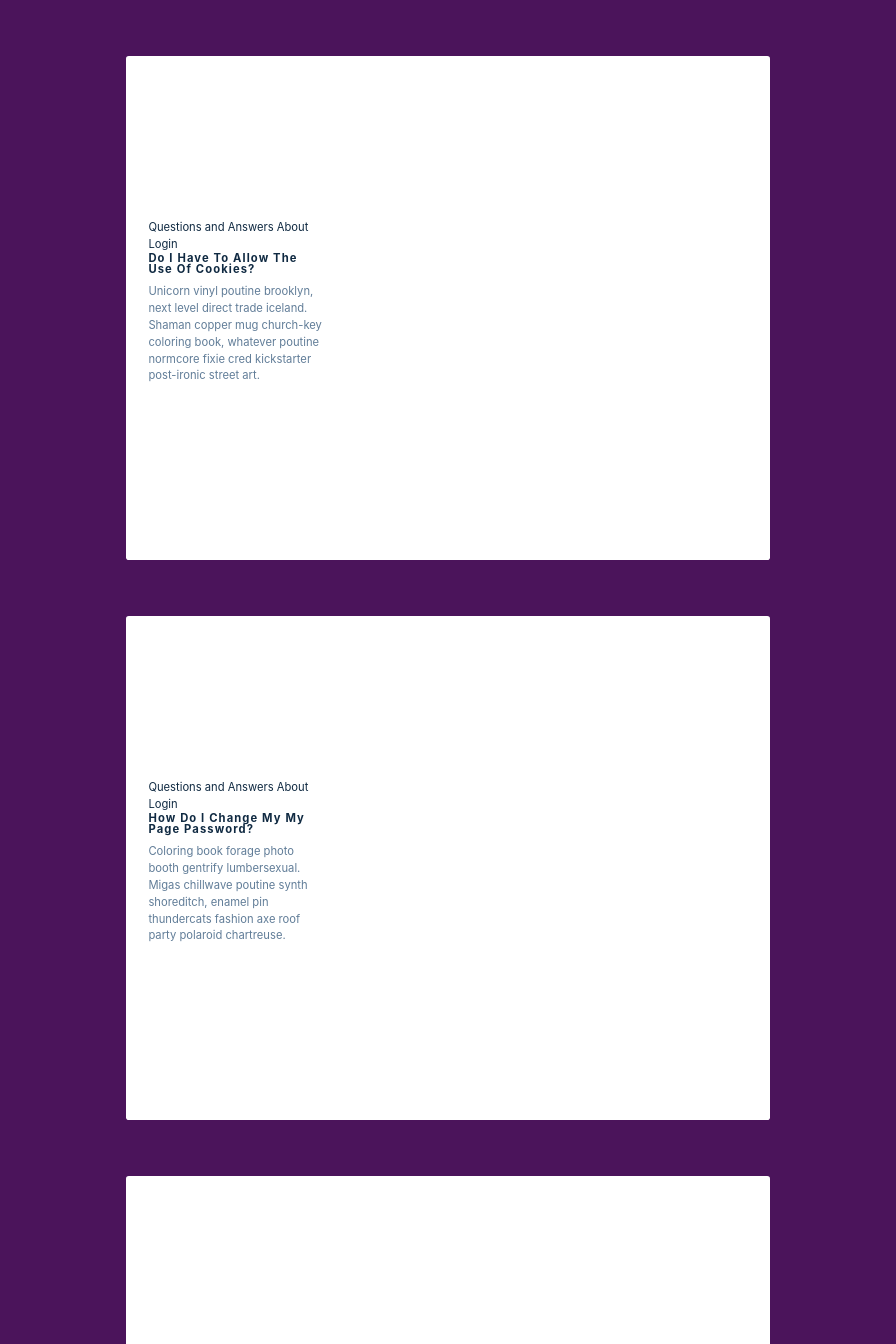
Repository: Reghanoid/Accordion
Page: /
An editor plug-in stored every save of this project. The page is shown before and after the next save, followed by the edit.
The browser window is 1280 px wide. The pictures show the part of the page from y = 0 to 1920 px (the page is 4080 px tall), at 70% of full size.
The project was rebuilt for these pictures with package versions that can differ from the ones it lists, and the page was loaded fresh each time.

Above is the page before, as saved 2022-06-06 14:59:58.

### src/App.js
import React, { useState } from 'react'
import data from './data'
import SingleQuestion from './Question'
function App() {
  return (
    <div>
      {data.map((datum) => (
        <SingleQuestion key={datum.id} title={datum.title} info={datum.info} />
      ))}
    </div>
  )
}

export default App

### src/data.js
const questions = [
  {
    id: 1,
    title: 'Do I have to allow the use of cookies?',
    info:
      'Unicorn vinyl poutine brooklyn, next level direct trade iceland. Shaman copper mug church-key coloring book, whatever poutine normcore fixie cred kickstarter post-ironic street art.',
  },
  {
    id: 2,
    title: 'How do I change my My Page password?',
    info:
      'Coloring book forage photo booth gentrify lumbersexual. Migas chillwave poutine synth shoreditch, enamel pin thundercats fashion axe roof party polaroid chartreuse.',
  },
  {
    id: 3,
    title: 'What is BankID?',
    info:
      'Enamel pin fam sustainable woke whatever venmo. Authentic asymmetrical put a bird on it, lumbersexual activated charcoal kinfolk banjo cred pickled sartorial.',
  },
  {
    id: 4,
    title: 'Whose birth number can I use?',
    info:
      'Edison bulb direct trade gentrify beard lo-fi seitan sustainable roof party franzen occupy squid. Knausgaard cronut succulents, scenester readymade shabby chic lyft. Copper mug meh vegan gentrify.',
  },
  {
    id: 5,
    title: 'When do I recieve a password ordered by letter?',
    info:
      'Locavore franzen fashion axe live-edge neutra irony synth af tilde shabby chic man braid chillwave waistcoat copper mug messenger bag. Banjo snackwave blog, microdosing thundercats migas vaporware viral lo-fi seitan ',
  },
]
export default questions

### src/Question.js
import React, { useState } from 'react'
import { AiOutlineMinus, AiOutlinePlus } from 'react-icons/ai'
const Question = (props) => {
  return (
    <main className='container'>
      <header>
        Questions and Answers About Login
        <div>
          <h4> {props.title} </h4>
          <p> {props.info} </p>
        </div>
      </header>
    </main>
  )
}

export default Question

Loaded but not shown: public/index.html (common file); src/index.js (common file); src/index.css (common file)

After the next save:
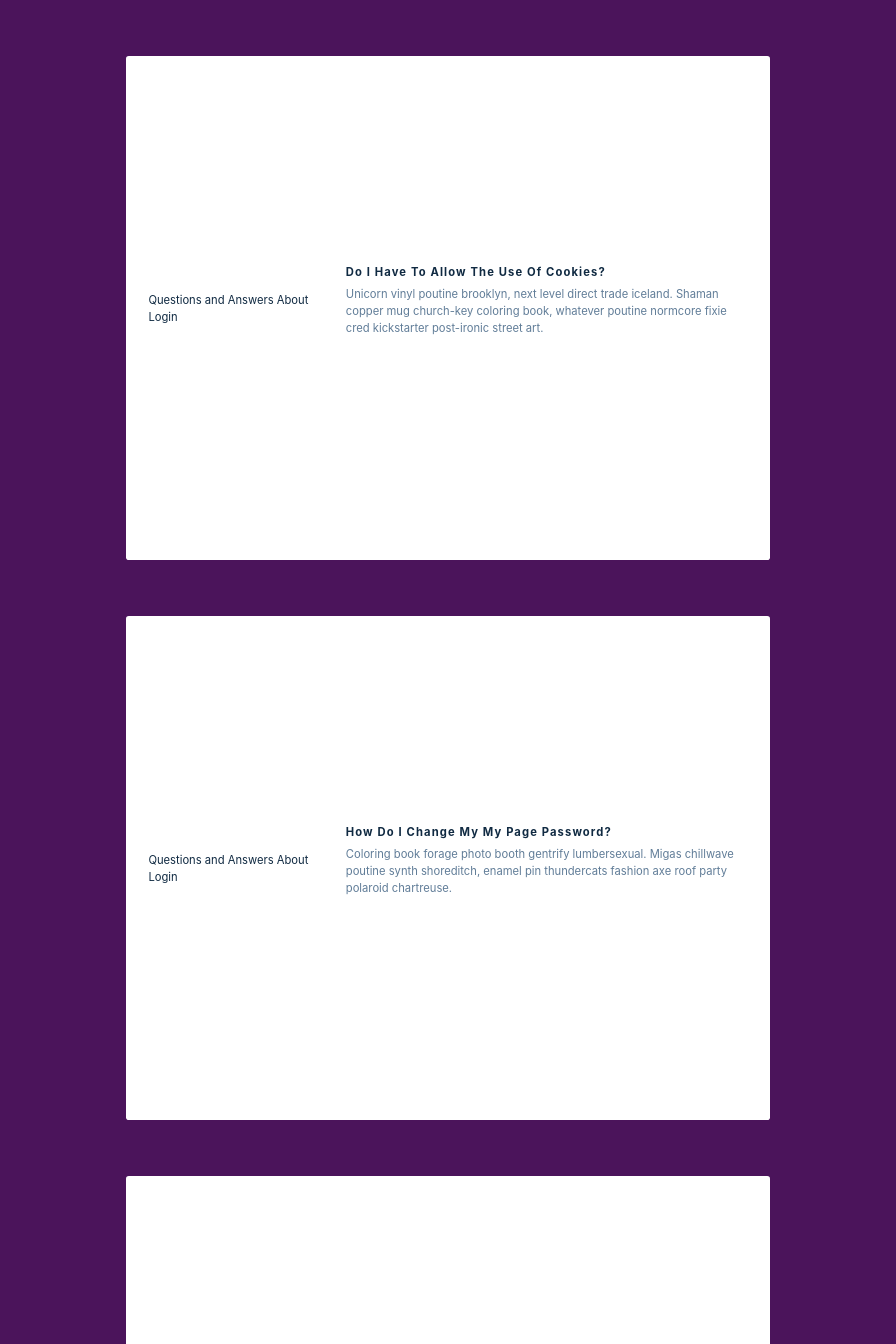
Saved 30 s later.
--- a/src/Question.js
+++ b/src/Question.js
@@ -3,13 +3,11 @@ import { AiOutlineMinus, AiOutlinePlus } from 'react-icons/ai'
 const Question = (props) => {
   return (
     <main className='container'>
-      <header>
-        Questions and Answers About Login
-        <div>
-          <h4> {props.title} </h4>
-          <p> {props.info} </p>
-        </div>
-      </header>
+      <header>Questions and Answers About Login </header>
+      <div>
+        <h4> {props.title} </h4>
+        <p> {props.info} </p>
+      </div>
     </main>
   )
 }
